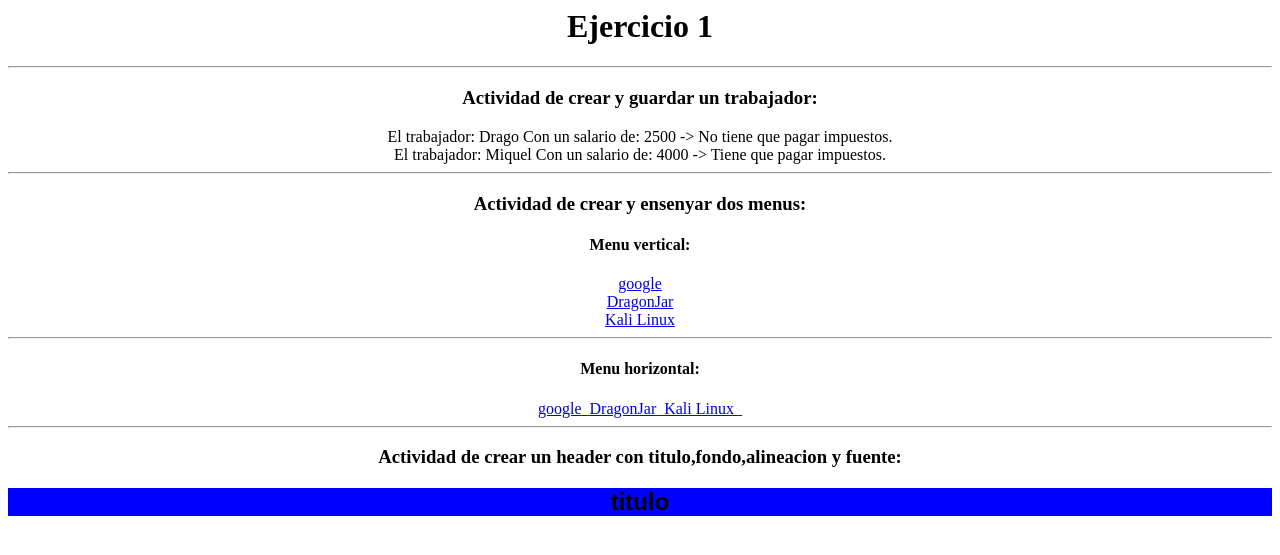
Repository: IlDragoDoro/atomClass
Page: http://localhost/ejercicio1.php
These files come from the project's save history. The page is drawn as it stood at one moment and after the next save; the edit follows.
The browser window is 1280 px wide. The pictures show the whole page.
The page is run by PHP 8.4 with error messages shown; the project is at /var/www/html/.

Above is the page before, as saved 2020-12-03 11:30:41.

### DWS/POO/ejercicio1.php
 <?php
echo "<center>";
// Creo la clase trabajador
class Trabajador
{

    // Creo los atributos:
    public $nombre = array();
    public $salario = array();

    public function guardar($nombre,$salario)
    {
        $this->nombre[] = $nombre;
        $this->salario[] = $salario;
    }

    public function mostrar()
    {
        for($i = 0; $i < count($this->nombre);$i++){
            $this->formato($this->nombre[$i], $this->salario[$i]);
        }

    }

    public function formato($nombre, $salario)
    {

        if ($salario < 3500) {
            echo "El trabajador: " . $nombre . " Con un salario de: " . $salario . " -> No tiene que pagar impuestos.<br>";
        } else {
            echo "El trabajador: " . $nombre . " Con un salario de: " . $salario . " -> Tiene que pagar impuestos.<br>";
        }
    }
}
echo "<h1>Ejercicio 1</h1>";
echo "<hr>";
echo "<h3>Actividad de crear y guardar un trabajador:</h3>";
$trabajador = new Trabajador(); // Creamos un trabajador
$trabajador->guardar("Drago", 2500);
$trabajador->guardar("Miquel", 4000);
$trabajador->mostrar();
echo "<hr>";

//-------------------------------------------------------------------------------------------------------------------------------
//Creo una clase navegar:
class navegar{
    private $enlaces=array();
    private $titulos=array();
//Creo la funcion para guardar las opciones
    public function guardar($enlace,$titulo){
        $this->enlaces[]=$enlace;
        $this->titulos[]=$titulo;
    }
//Creo la funcion para mostrar el men� horizontal
    public function horizontal(){
        for($i=0;$i<count($this->enlaces);$i++){
           echo '<a href="'.$this->enlaces[$i].'">'.$this->titulos[$i].'</a>' ;
           echo "_";
        }
    }
//Creo la funcion para mostrar el men� vertical
    public function vertical(){
        for($i=0;$i<count($this->enlaces);$i++){
            echo '<a href="'.$this->enlaces[$i].'">'.$this->titulos[$i].'</a>' ;
            echo "<br>";
        }
    }
}

//Creo el objeto menu
$navegar1=new Navegar();
//Guardo los atributos del objeto
$navegar1->guardar("www.google.es","google");
$navegar1->guardar("www.dragonjar.org","DragonJar");
$navegar1->guardar("www.kali.ork","Kali Linux");

//Muestro los dos menus:
echo "<h3>Actividad de crear y ensenyar dos menus:</h3> ";
echo "<h4>Menu vertical:</h4>";
$navegar1->vertical();
echo "<hr>";
echo "<h4>Menu horizontal:</h4>";
$navegar1->horizontal();
echo "<hr>";


class header{
    public $titulo = "";
    public $posicion = "";
    public $fondo = "";
    public $fuente = "";

    public function guardar($titulo,$posicion,$fondo,$fuente){
        $this->titulo=$titulo;
        $this->posicion=$posicion;
        $this->fondo=$fondo;
        $this->fuente=$fuente;
    }
    //Creo la función para mostrar el header
    public function mostrar(){
        echo '<h2 style="text-align:'.$this->posicion.';background-color:'.$this->fondo.';font-family:'.$this->fuente.';">'.$this->titulo.'</h2>';
    }
}

echo "<h3>Actividad de crear un header con titulo,fondo,alineacion y fuente:</h3>";
echo "</center>";
//Creo y muestro el header
$header=new Header();
$header->guardar("titulo","center","blue","arial");
$header->mostrar();

?>

After the next save:
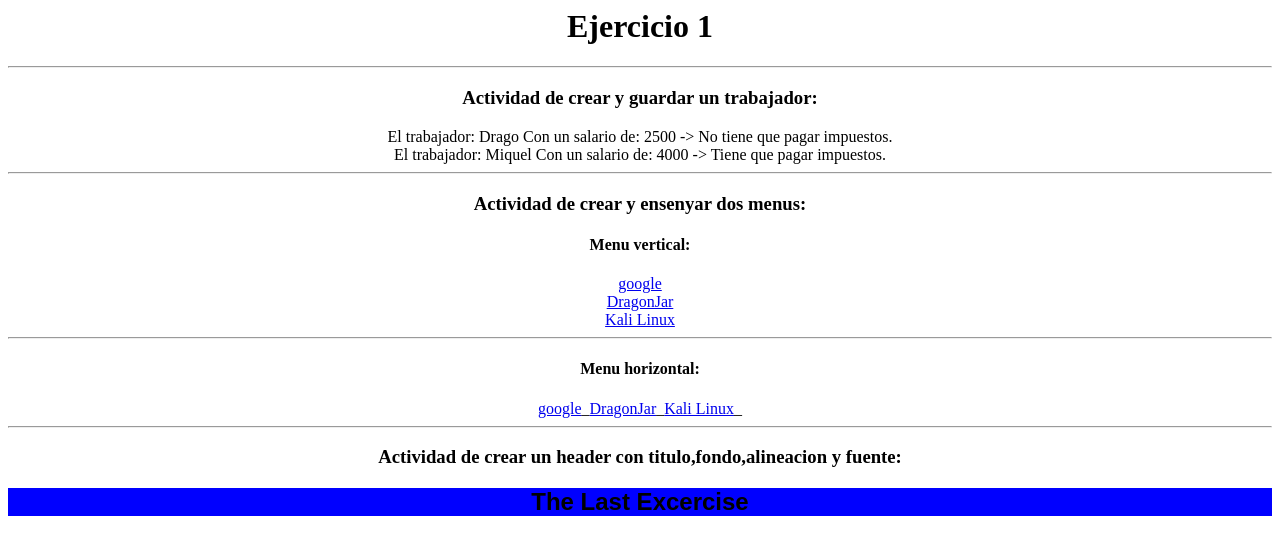
Saved 13 s later.
--- a/DWS/POO/ejercicio1.php
+++ b/DWS/POO/ejercicio1.php
@@ -106,7 +106,7 @@ echo "<h3>Actividad de crear un header con titulo,fondo,alineacion y fuente:</h3
 echo "</center>";
 //Creo y muestro el header
 $header=new Header();
-$header->guardar("titulo","center","blue","arial");
+$header->guardar("The Last Excercise","center","blue","arial");
 $header->mostrar();
 
 ?>
